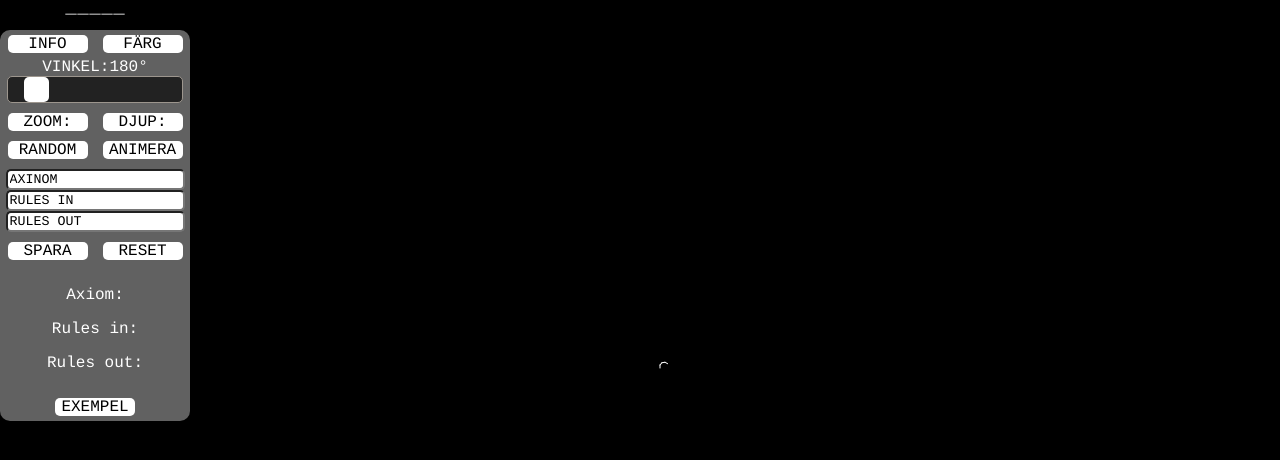
Repository: Gabrielw123/Fraktalgenerator
Page: fraktaler/test/index.html
These files come from the project's save history. The page is drawn as it stood at one moment and after the next save; the edit follows.
The browser window is 1280 px wide. The pictures show the whole page.
Some web libraries are served in a nearby version.

Above is the page before, as saved 2022-01-13 13:36:16.

After the next save:
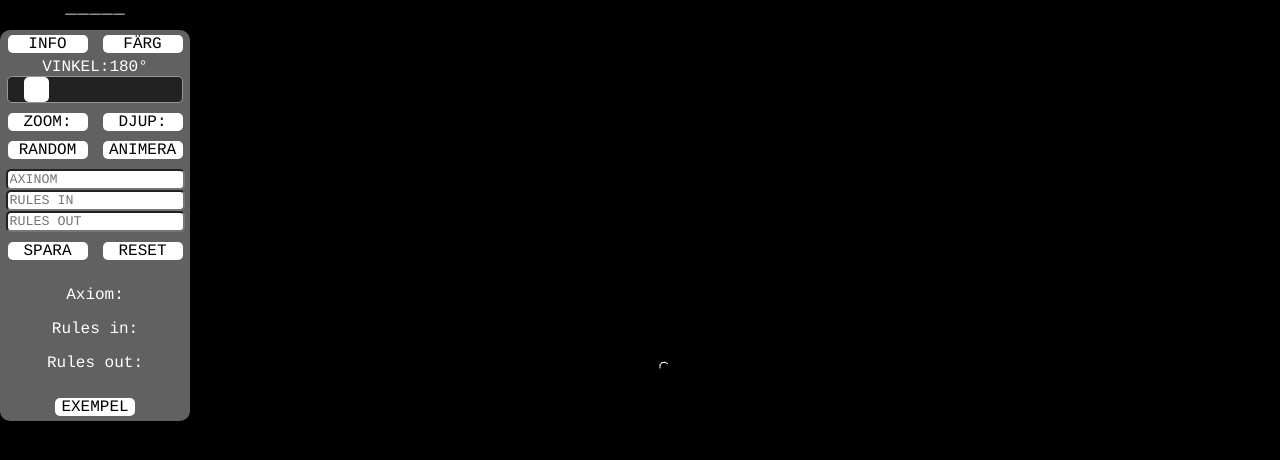
Saved 14 s later.
--- a/fraktaler/test/style.css
+++ b/fraktaler/test/style.css
@@ -3,16 +3,6 @@ body {
   background-color: black;
   color: white;
   text-align: center;
-}
-
-::placeholder {
-  color: black;
-  opacity: 1; /* Firefox */
-}
-
-::placeholder.input:hover {
-  color: white;
-  opacity: 1; /* Firefox */
 }
 
 .input {
